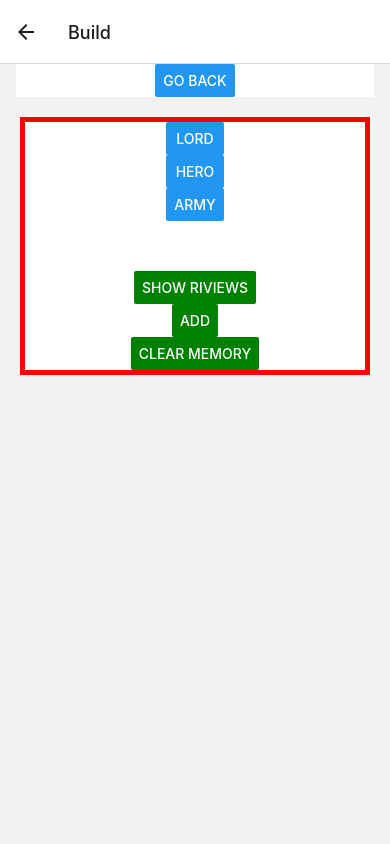
Repository: LingyuLiu11/mobile_app
Screen: /Build
The author's editor kept a copy of each file at every save. The screen is drawn from the files as they stood at one save, then again after the next save.
The app was drawn by React Native's web renderer in a window 390 px wide. The project was rebuilt for these pictures with package versions that can differ from the ones it lists, and the page was loaded fresh each time. Also part of the build but not shown: components/Reviews.js.

Above is the screen before, as saved 2021-10-25 00:35:39.

### App.js
import * as React from 'react';
import { Image, TextInput, FlatList, StyleSheet, View, Button, Text, Animated } from 'react-native';
import { NavigationContainer } from '@react-navigation/native';

import { createStackNavigator } from '@react-navigation/stack';
import Reviews from './components/Reviews'
import AsyncStorage from '@react-native-async-storage/async-storage';
import Builds from './components/Builds'


const Separator = () => (
  <View style={styles.separator} />
);



function Main({ navigation }) {


  return (


    <div>
      <View style={styles.container}>
        <Text>Main screen</Text>
        <Separator />
        <Button
          margintop = '10'
          title="Go to Profile"
          onPress={() => navigation.navigate('Profile')}
        />
        <Separator />

      </View>
      <View style = {styles.container}>
        <Button
          margintop = '10'
          title="Go to About"
          onPress={() => navigation.navigate('About')}
        />
        <Separator />
      </View>
      <View style = {styles.container}>
        <Button
          margintop = '10'
          title="Go to Reviews"
          onPress={() => navigation.navigate('Review')}
        />
      </View>
       <Separator />

       <View style = {styles.container}>
        <Button
          margintop = '10'
          title="Build your army"
          onPress={() => navigation.navigate('Build')}
        />
      </View>

    </div>
  );
}

function Profile({ navigation }) {

  const [text, setText] = React.useState("Your name");
  return (
    <div>
      <View style={{ flex: 1, justifyContent: 'center', alignItems: 'center' }}>
        <Text>Profile screen</Text>
        <Separator />
        <Button title="Go back" onPress={() => navigation.goBack()} />
      </View>


      <View style={{ flex: 1, justifyContent: 'center', alignItems: 'center' }}>
        <TextInput
          style={styles.input}
          placeholder="Your name"
          value={text}
          onChangeText={text => setText(text)}
        />
        <Text style={{padding: 10, fontSize: 42}}>
        Hello {text.split(' ').map((word) => word ).join(' ')}
        </Text>
      </View>

      <View style={{ flex: 1, justifyContent: 'center', alignItems: 'center', flexDirection: "row" }}>
        <View style={{ flex: 1, justifyContent: 'center', alignItems: 'center' }}>
          <Image
            style={{
              resizeMode: "cover",
              height: 100,
              width: 200
            }}
            source={"https://upload.wikimedia.org/wikipedia/en/2/27/Total_War_Warhammer_3_cover_art.jpg"}
          />
          <Text>Totalwar Warhammer 3!</Text>
          </View>
        <Separator />
        <View style={{ flex: 1, justifyContent: 'center', alignItems: 'center' }}>
          <Image
            style={{
              resizeMode: "cover",
              height: 100,
              width: 200
            }}
            source={"https://www.nme.com/wp-content/uploads/2021/09/Total-Warhammer-3-Grand-Cathay-Dragon.jpg"}
          />
        <Text>Grand Cathay</Text>
        </View>
        <View style={{ flex: 1, justifyContent: 'center', alignItems: 'center' }}>

        <Image
          style={{
            resizeMode: "cover",
            height: 100,
            width: 200
          }}
          source={"https://encrypted-tbn0.gstatic.com/images?q=tbn:ANd9GcSM9n6tQzcRE8CXMXP5GXIIgYIF3wXVMZy4JA&usqp=CAU"}
        />
        <Text>Kislev</Text>
        </View>

      </View>


    </div>
  );
}

function About({ navigation }) {
  return (
    <div>
      <View style={{ flex: 1, justifyContent: 'center', alignItems: 'center' }}>
        <Text>About screen</Text>
        <Separator />
        <FlatList
          data={[
            {key: 'Lingyu Liu'},
            {key: 'CS 153A'},
            {key: 'Assignment2'},

          ]}
          renderItem={({item}) => <Text style={styles.item}>{item.key}</Text>}
        />

      </View>

      <View style = {styles.container}>
          <Button title="Go back" onPress={() => navigation.goBack()} />
      </View>
    </div>
  );
}

function Review({ navigation }) {
  return (
    <div>
      <View style = {styles.container}>
          <Button title="Go back" onPress={() => navigation.goBack()} />
      </View>
      <Reviews />
    </div>

  );
}

function Build({ navigation }) {
  return (
    <div>
      <View style = {styles.container}>
          <Button title="Go back" onPress={() => navigation.goBack()} />
      </View>
      <Builds />
    </div>

  );
}



const forFade = ({ current, next }) => {
  const opacity = Animated.add(
    current.progress,
    next ? next.progress : 0
  ).interpolate({
    inputRange: [0, 1, 2],
    outputRange: [0, 1, 0],
  });

  return {
    leftButtonStyle: { opacity },
    rightButtonStyle: { opacity },
    titleStyle: { opacity },
    backgroundStyle: { opacity },
  };
};

const Stack = createStackNavigator();

function MyStack() {
  return (
    <Stack.Navigator>
      <Stack.Screen
        name="Main"
        component={Main}
        options={{
          headerTintColor: 'white',
          headerStyle: { backgroundColor: 'tomato' },
        }}
      />
      <Stack.Screen
        name="Profile"
        component={Profile}
        options={{ headerStyleInterpolator: forFade }}
      />
      <Stack.Screen
        name="About"
        component={About}
        options={{ headerStyleInterpolator: forFade }}
      />
      <Stack.Screen
        name="Review"
        component={Review}
        options={{ headerStyleInterpolator: forFade }}
      />
      <Stack.Screen
        name="Build"
        component={Build}
        options={{ headerStyleInterpolator: forFade }}
      />



    </Stack.Navigator>
  );
}



export default function App() {
  return (
    <NavigationContainer>
      <MyStack />
    </NavigationContainer>
  );
}

const styles = StyleSheet.create({
  container: {
    flex: 1,
    justifyContent: 'center',
    alignItems: 'center',
    backgroundColor: '#fff',
    alignItems: 'center',
    justifyContent: 'center',
    marginHorizontal: 16,
  },
  separator: {
    marginVertical: 8,
    borderBottomColor: '#737373',
    borderBottomWidth: StyleSheet.hairlineWidth,
  },
  item: {
    padding: 10,
    fontSize: 18,
    height: 44,
  },
  input: {
    height: 40,
    margin: 12,
    borderWidth: 1,
    padding: 10,
  },
});

### components/Builds.js
import React, { useState, useEffect } from "react";
import { Image, TextInput, FlatList, StyleSheet, View, Button, Text, Animated, SafeAreaView, StatusBar } from 'react-native';
import AsyncStorage from '@react-native-async-storage/async-storage';

const Separator = () => (
    <View style={styles.separator} />
  );

const Builds = () => {
    const [builds, setBuilds] = useState([]);
    const [debugging,setDebugging] = useState(false)
    const [curr,setCurr] = useState('')
    const [currlooking,setCurrlooking] = useState(false)

    useEffect(() => {getData()}, []);

    let debugView = "";
  if (debugging) {
    debugView =
      <View>
          {builds.map((build) =>
          <View><Text style ={{color:'red'}}>{build}</Text></View>
        )}
        <Separator />
      </View>

  }

  let currView = "";
  if (debugging) {
    currView =
      <View>

          <Text style ={{color:'blue'}}>{curr}</Text>

        <Separator />
      </View>
}



    const storeData = async (value) => {
        try {
          const jsonValue = JSON.stringify(value)
          await AsyncStorage.setItem('@reviews', jsonValue)
          console.log('just stored '+jsonValue)
        } catch (e) {
          console.dir(e)
        }
    }

    const getData = async() => {
      try {
        const jsonValue = await AsyncStorage.getItem('@reviews')
        let data = null
        if (jsonValue != null) {
          data = JSON.parse(jsonValue)
          setBuilds(data);
          setCurr('');
        } else {
          setBuilds([]);
          setCurr('')

        }
      } catch (e) {
        console.dir(e)
      }

    }



    const clearAll = async () => {
        try {
          console.log('in clearData')
          await AsyncStorage.clear()
        } catch(e) {
          console.log("error in clearData ")
          console.dir(e)
          // clear error
        }
  }


    const DATA = [
        {
          id: 'bd7acbea-c1b1-46c2-aed5-3ad53abb28ba',
          title: 'Lord',
        },
        {
          id: '3ac68afc-c605-48d3-a4f8-fbd91aa97f63',
          title: 'Hero',
        },
        {
          id: '58694a0f-3da1-471f-bd96-145571e29d72',
          title: 'Army',
        },
      ];

      const Item = ({ title }) => {
        return (
          <View style={styles.item}>
            <Button style={styles.title} title={title }
                onPress={()=> {
                    const newCurr = curr.concat(title + ' ');
                    setCurr(newCurr);
                    storeData(newCurr);
                  }}

            />
          </View>
        );
      }

        const renderItem = ({ item }) => (
          <Item title={item.title} />
        )
      return (
        <SafeAreaView style={styles.container}>
          <FlatList
            data={DATA}
            renderItem={renderItem}
            keyExtractor={item => item.id}
          />
          <Separator />
          <Button
                  title={(currlooking?'hide':'show')+" Riviews" }
                  color="pruple"
                  onPress = {() => setCurrlooking(!currlooking)}
                  />
          <currView/>
      <Button
                  title={(debugging?'hide':'show')+" Riviews" }
                  color="green"
                  onPress = {() => setDebugging(!debugging)}
                  />
                  {debugView}

                  <Button
          color="green"
          title="Add"
          onPress={()=> {
            const newBuilds = builds.concat(curr);
            setBuilds(newBuilds);
            storeData(newBuilds);
            setCurr('');
          }}/>
          <Button
                  color='green' title='Clear memory'
                  onPress = {() => {
                        console.log('clearing memory');
                        clearAll()
                      }}
                />
        </SafeAreaView>


      );
}

const styles = StyleSheet.create({
    container: {
        flex: 1,
        flexDirection:'column',
        backgroundColor: '#fff',
        alignItems: 'center',
        justifyContent: 'center',
        border: "thick solid red",
        margin:"20px",
        padding:"20px",
      },
      separator: {
      marginVertical: 8,
      borderBottomColor: '#737373',
      borderBottomWidth: StyleSheet.hairlineWidth,
    },
  });

export default Builds;

After the next save:
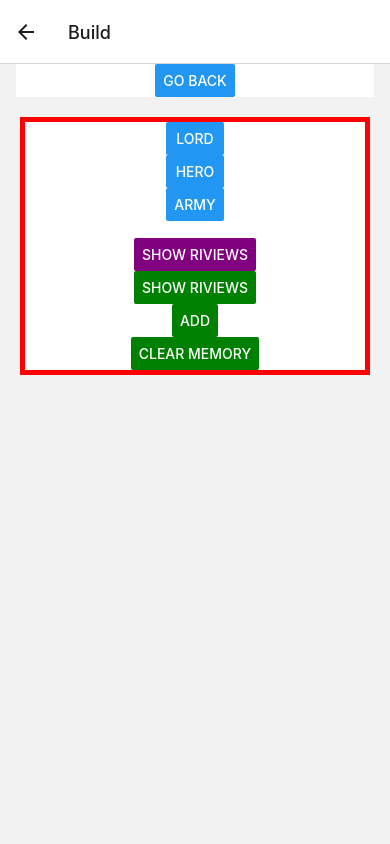
Saved 9 s later.
--- a/components/Builds.js
+++ b/components/Builds.js
@@ -125,7 +125,7 @@ const Builds = () => {
           <Separator />
           <Button
                   title={(currlooking?'hide':'show')+" Riviews" }
-                  color="pruple"
+                  color="purple"
                   onPress = {() => setCurrlooking(!currlooking)}
                   />
           <currView/>
